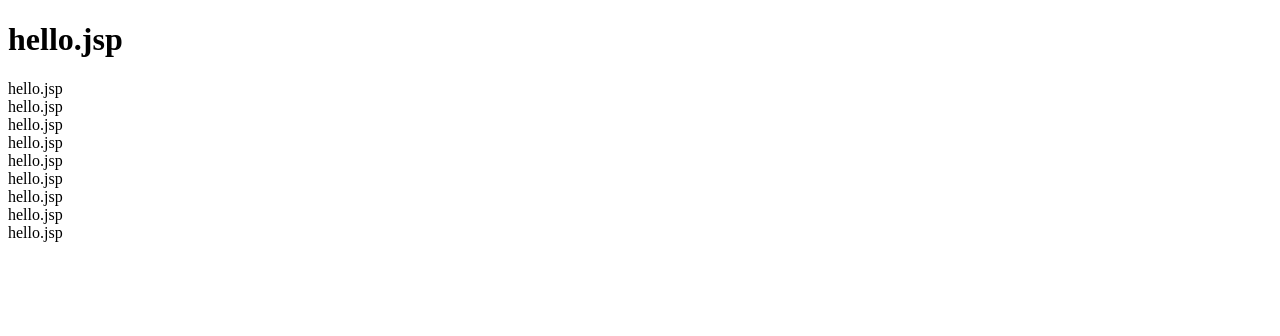
Repository: gain00/lecture1
Page: http://localhost/jsp02/hello.jsp
The author's editor kept a copy of each file at every save. The page is drawn from the files as they stood at one save, then again after the next save.
The browser window is 1280 px wide. The pictures show the whole page.
The page is served by Tomcat 9.

Above is the page before, as saved 2023-06-02 01:10:40.

After the next save:
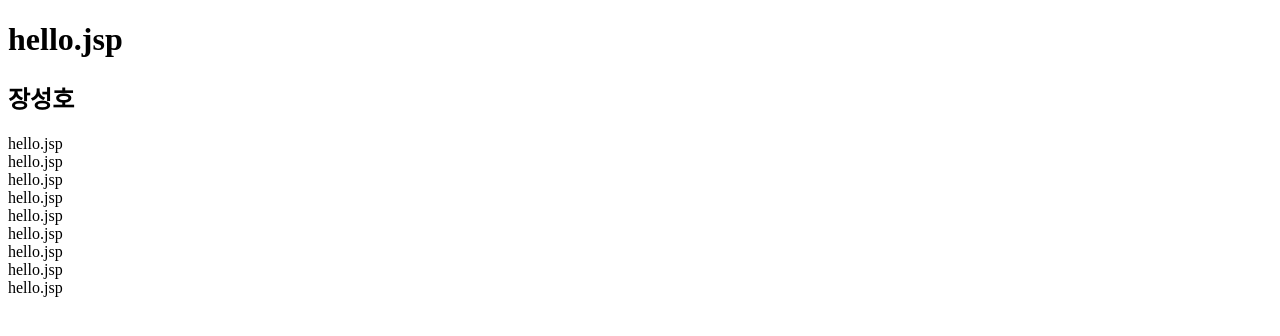
Saved 6 min 38 s later.
--- a/jsp02/src/main/webapp/hello.jsp
+++ b/jsp02/src/main/webapp/hello.jsp
@@ -1,5 +1,9 @@
 <%@ page language="java" contentType="text/html; charset=UTF-8"
     pageEncoding="UTF-8"%>
+    <%!
+    String name ="장성호";
+    String msg = "hello";
+    %>
 <!DOCTYPE html>
 <html>
 <head>
@@ -10,6 +14,7 @@
 
 <!-- html파일안에 java code쓰기 -->
 <h1>hello.jsp</h1>
+<h2><%out.println(name); %></h2>
 
 <%
 
